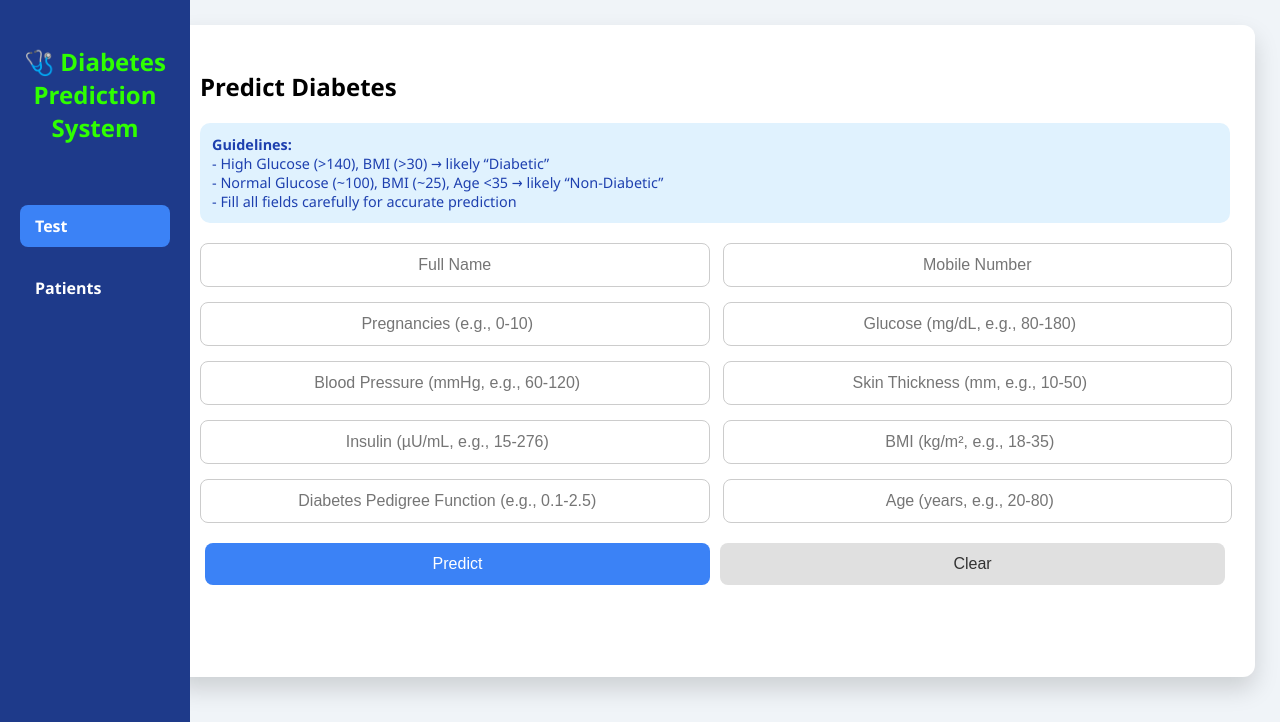
Repository: Aman14150/diabetes-prediction-system
Page: http://localhost/
These files come from the project's save history. The page is drawn as it stood at one moment and after the next save; the edit follows.
The browser window is 1280 px wide. The pictures show the whole page.
The page is served by the project's application, run on Flask 3 (app.py).

Above is the page before, as saved 2025-10-07 20:16:15.

After the next save:
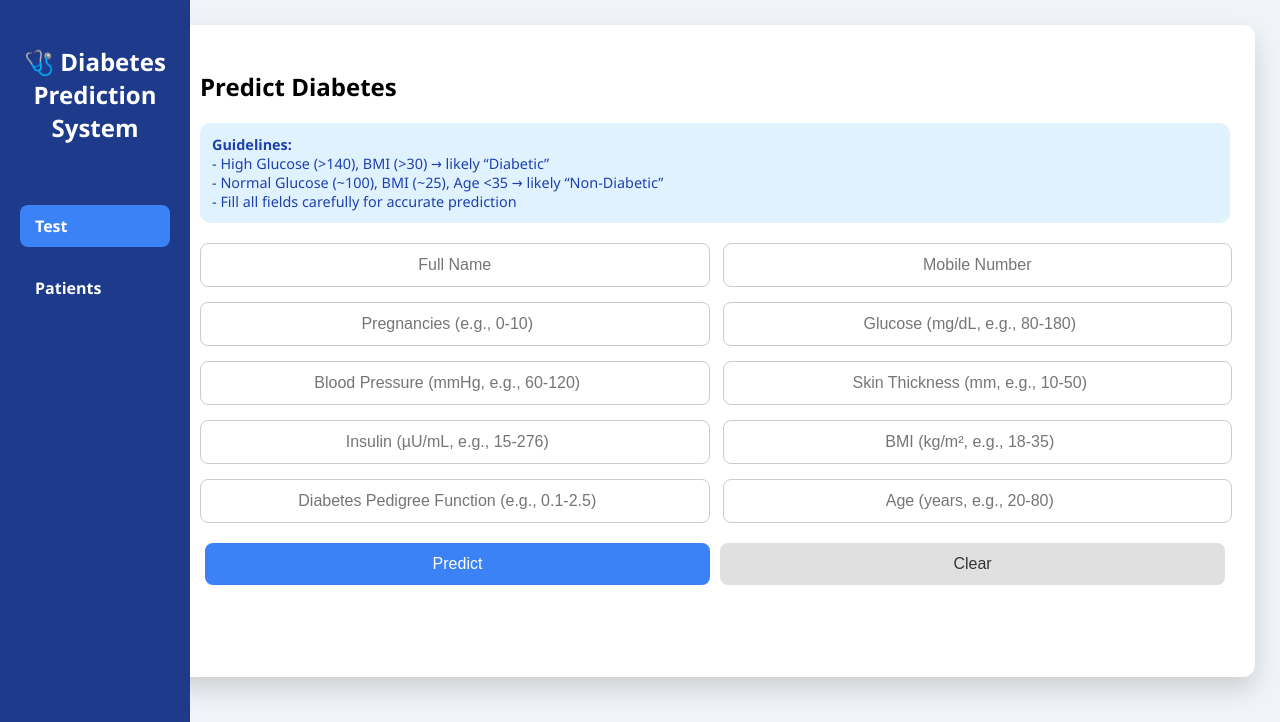
Saved 5 s later.
--- a/static/style.css
+++ b/static/style.css
@@ -70,7 +70,7 @@ body {
     margin-bottom: 20px;
 }
 
-.sidebar
+.sidebar.h2
 
 h2 {
     text-align: center;
